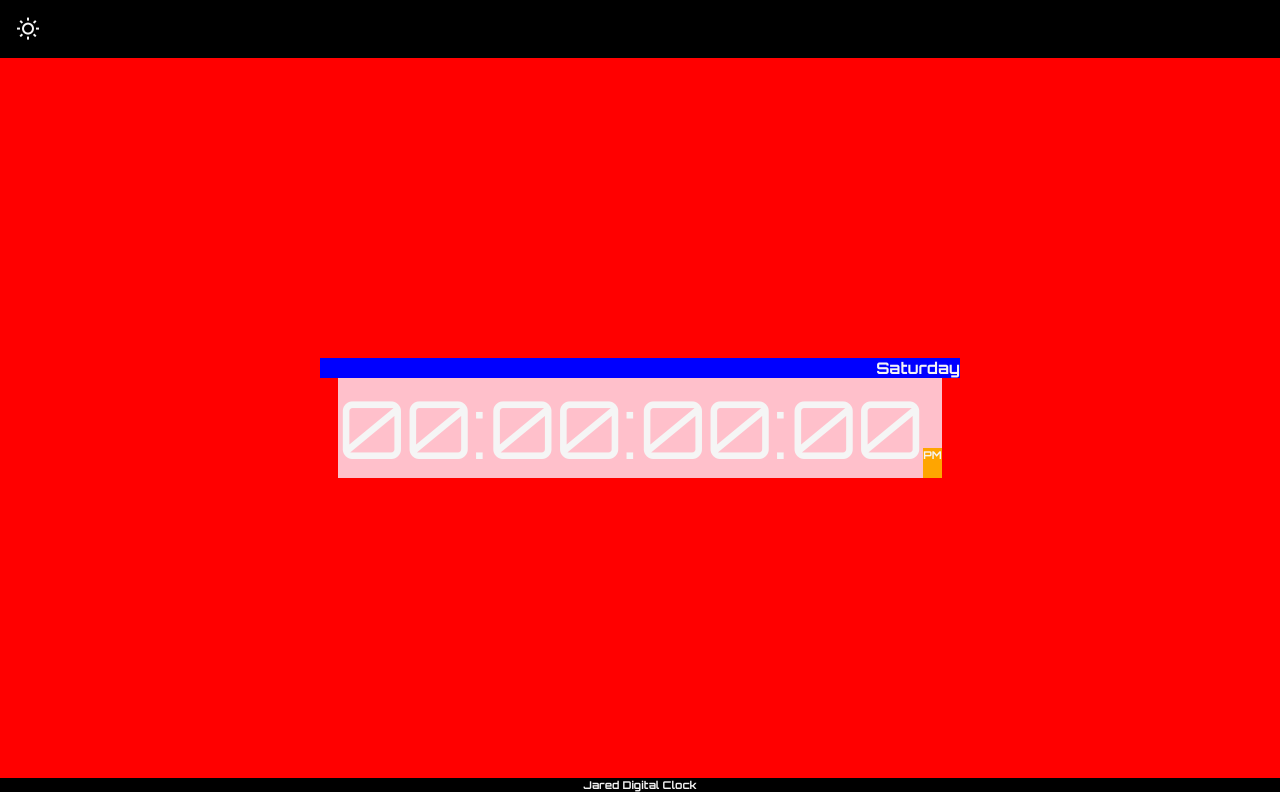
Repository: EguJaredoBoyd/Jared-Digital-Clock
Page: index.html
These files come from the project's save history. The page is drawn as it stood at one moment and after the next save; the edit follows.
The browser window is 1280 px wide. The pictures show the whole page.
Some web libraries are served in a nearby version.

Above is the page before, as saved 2026-01-04 00:03:32.

### index.html
<!DOCTYPE html>
<html lang="en">
  <head>
    <meta charset="UTF-8" />
    <meta name="viewport" content="width=device-width, initial-scale=1.0" />
    <link rel="stylesheet" href="./css/styles.css" />
    <link
      href="https://cdn.jsdelivr.net/npm/remixicon@4.8.0/fonts/remixicon.css"
      rel="stylesheet"
    />
    <link rel="preconnect" href="https://fonts.googleapis.com" />
    <link rel="preconnect" href="https://fonts.gstatic.com" crossorigin />
    <link
      href="https://fonts.googleapis.com/css2?family=Orbitron:wght@400..900&display=swap"
      rel="stylesheet"
    />
    <title>Document</title>
  </head>
  <body>
    <div class="digital-clock">
      <header>
        <button><i class="ri-sun-line"></i></button>
      </header>

      <main>
        <div class="watch-container">
          <div class="watch-container__day">
            <h4>Saturday</h4>
          </div>
          <div class="watch-container__time">
            <p>00:00:00:00</p>
            <h6>PM</h6>
          </div>
        </div>
      </main>

      <footer>
        <h6>Jared Digital Clock</h6>
      </footer>
    </div>
  </body>
</html>

### css/styles.css
* {
  margin: 0;
  padding: 0;
}

html {
  font-size: 16px;
}

body {
  background-color: black;
  color: whitesmoke;
  font-family: "Orbitron", sans-serif;
}

header {
  padding: 1rem;
}

header button {
  background: none;
  border: none;
}

header button i {
  font-size: 1.5rem;
  color: whitesmoke;
}

.watch-container {
  background-color: red;
  display: flex;
  flex-direction: column;
  justify-content: center;
  align-items: center;
  height: 100vh;
  width: 100vw;
}

.watch-container__day {
  background-color: blue;
  width: 50vw;
  display: flex;
  justify-content: end;
}

.watch-container__time {
  background-color: pink;
  display: flex;
  font-family: orbitron;
}

.watch-container__time p {
  font-size: 5rem;
}

.watch-container__time h6 {
  background-color: orange;
  align-self: self-end;
  padding-bottom: 1rem;
}

footer h6 {
  text-align: center;
}

After the next save:
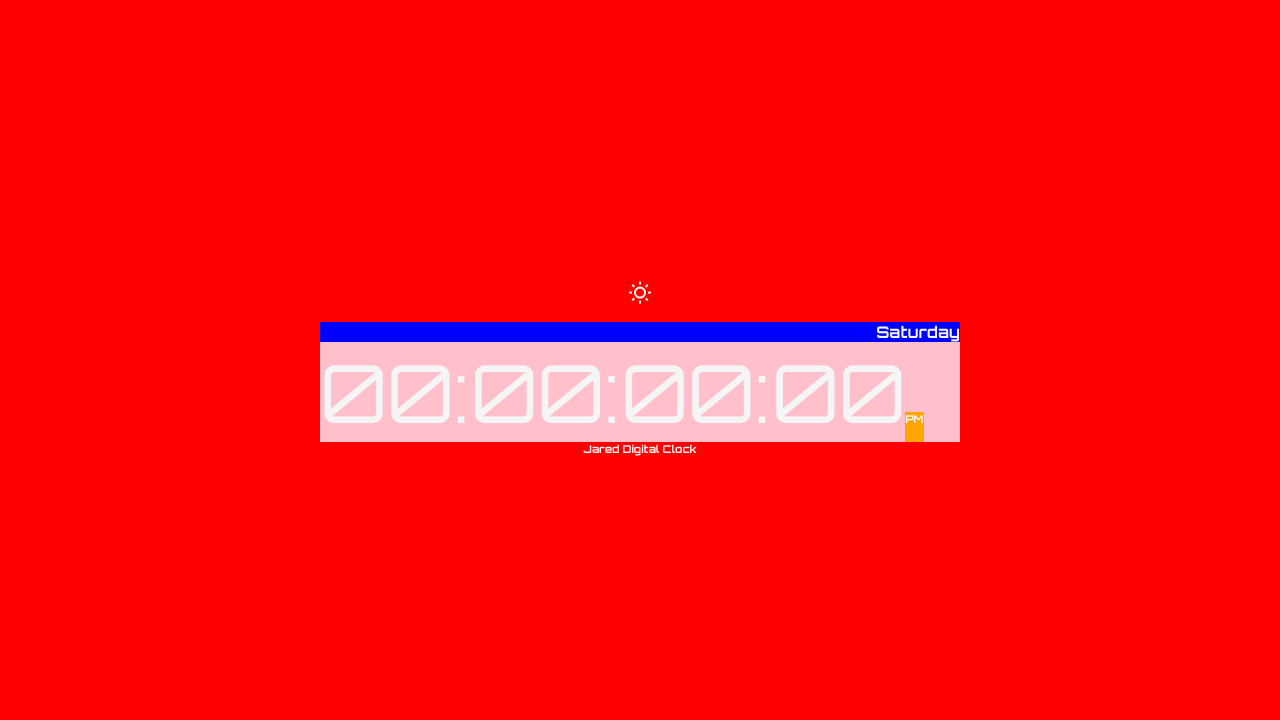
Saved 91 s later.
--- a/css/styles.css
+++ b/css/styles.css
@@ -27,7 +27,7 @@ header button i {
   color: whitesmoke;
 }
 
-.watch-container {
+.digital-clock {
   background-color: red;
   display: flex;
   flex-direction: column;

After the save that followed:
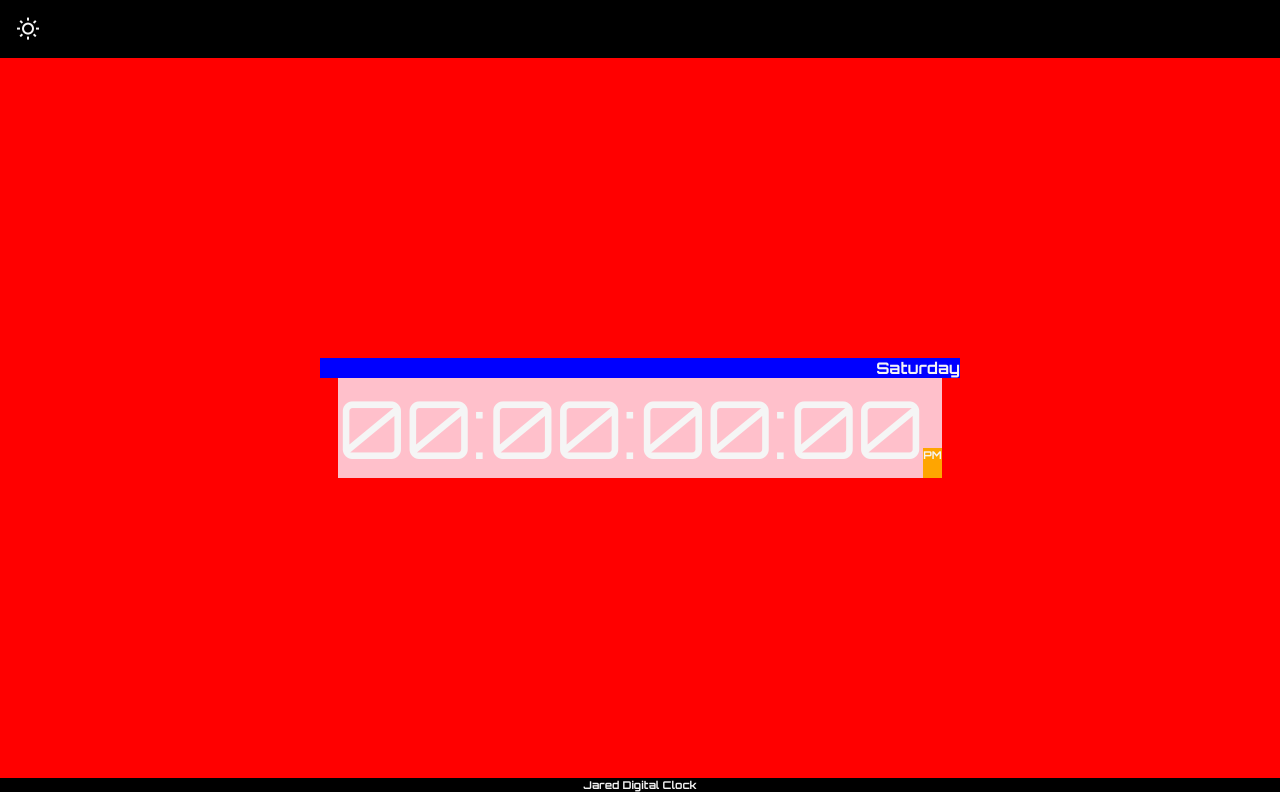
Saved 18 s later.
--- a/css/styles.css
+++ b/css/styles.css
@@ -27,7 +27,7 @@ header button i {
   color: whitesmoke;
 }
 
-.digital-clock {
+.watch-container {
   background-color: red;
   display: flex;
   flex-direction: column;
